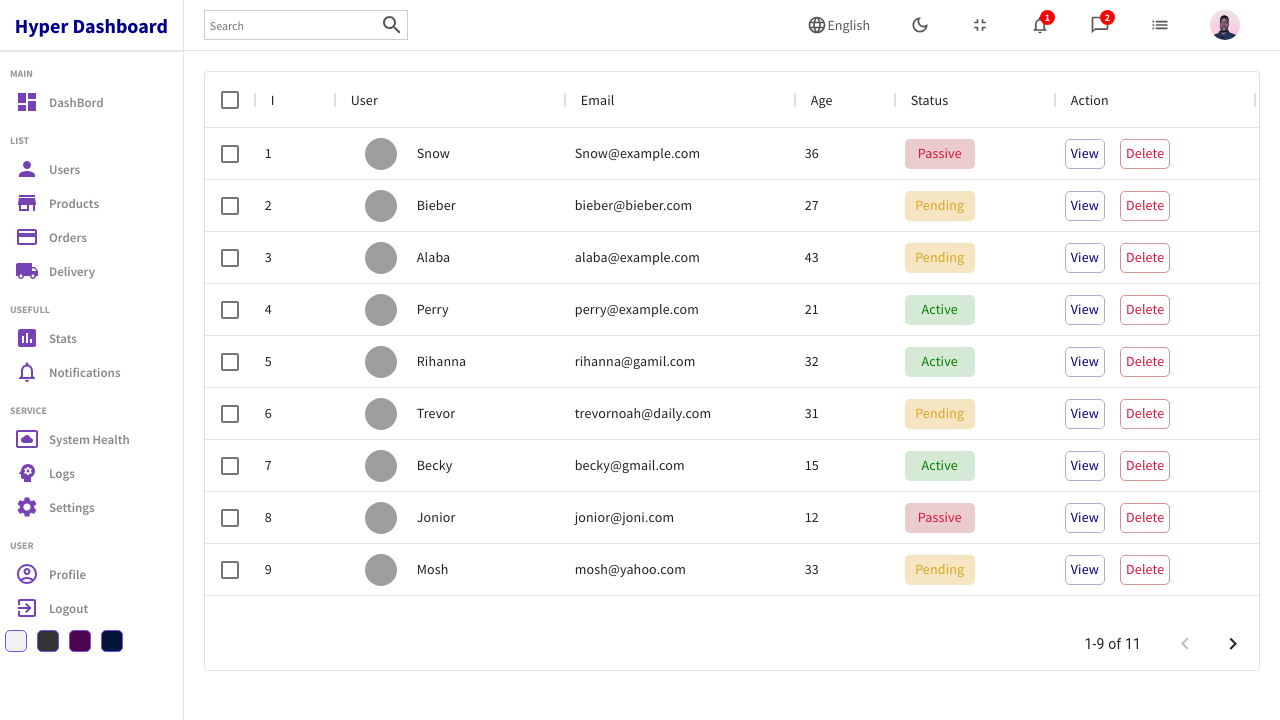
Repository: kenyi-mic/DashBoard
Page: /products
An editor plug-in stored every save of this project. The page is shown before and after the next save, followed by the edit.
The browser window is 1280 px wide. The pictures show the whole page.
Pictures or frames that could not be fetched are drawn as grey boxes. The project was rebuilt for these pictures with package versions that can differ from the ones it lists, and the page was loaded fresh each time. Also part of the build but not shown: src/pages/home/home.scss, src/pages/home/Home.jsx, src/pages/single/Single.jsx, src/pages/new/new.scss, src/pages/new/New.jsx, src/pages/login/Login.jsx.

Above is the page before, as saved 2022-05-23 13:00:15.

After the next save:
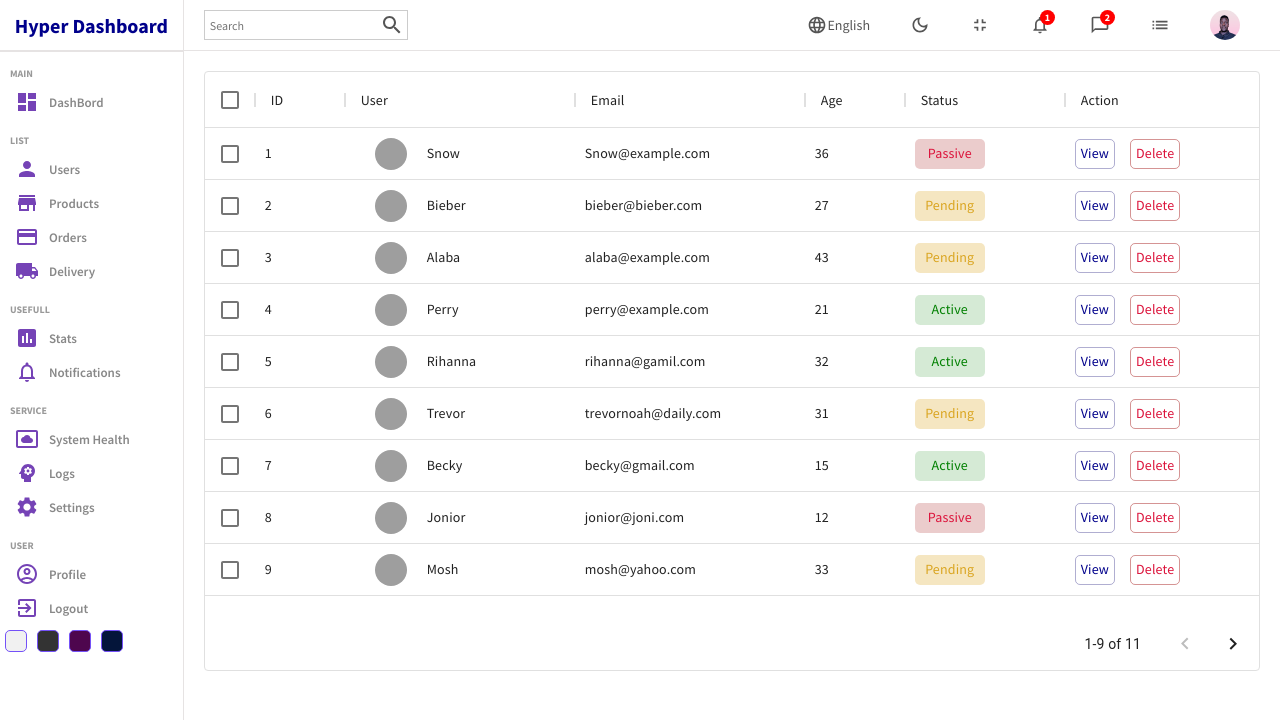
Saved 35 s later.
--- a/src/datatableSource.js
+++ b/src/datatableSource.js
@@ -2,7 +2,7 @@ export const userColumns = [
   {
     field: "id",
     headerName: "ID",
-    width: 80,
+    width: 90,
   },
   {
     field: "user",
